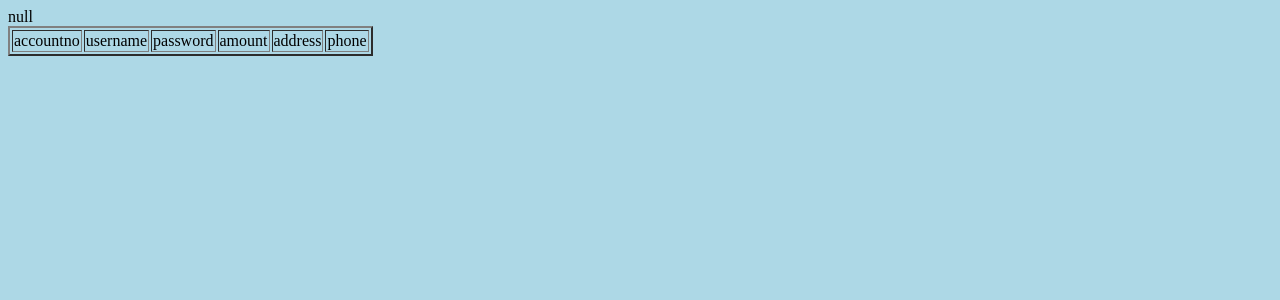
Repository: subhamsourabh265/collegeProjects
Page: http://localhost/OnlineBankingSystems/myupdate.jsp
An editor plug-in stored every save of this project. The page is shown before and after the next save, followed by the edit.
The browser window is 1280 px wide. The pictures show the whole page.
The page is served by Tomcat 9. Other server files are loaded and not shown. Queries for data that is not in the repository find no rows.

Above is the page before, as saved 2015-11-30 11:10:34.

### OnlineBankingSystems/WebContent/myupdate.jsp
<%@ page import="java.sql.*"%>
<%@include file="connect1.jsp" %>
<%String username="",password="",repassword="",address="";
int accountno ,amount,phone;
Statement pst=null;
%>
<table border="2">
<tr>
<td>accountno</td>
<td>username</td>
<td>password</td>
<td>amount</td>
<td>address</td>
<td>phone</td>
</tr>
<body style="background-color:lightblue ">
<%
try{
pst=conn.createStatement();
String a=request.getParameter("n1");
out.println(a);
ResultSet rs=pst.executeQuery("Select * from account where accountno="+a );
while(rs.next())
{
accountno=rs.getInt(1);
username=rs.getString(2);
password=rs.getString(3);
amount=rs.getInt(5);
address=rs.getString(6);
phone=rs.getInt(7);
%>
<tr><td><%=accountno%></td><br><br>
<td><%=username%></td><br><br>
<td><%=password%></td><br><br>
<td><%=amount%></td><br><br>
<td><%=address%></td><br><br>
<td><%=phone%></td><br><br>
</tr>
<%}%>
</table>
<%
rs.close();
conn.close();
}catch(Exception e){}
%>

 </p>
</form>
</html>

### OnlineBankingSystems/WebContent/connect1.jsp
<%@ page language="java" contentType="text/html; charset=ISO-8859-1"
    pageEncoding="ISO-8859-1"%>
<!DOCTYPE html PUBLIC "-//W3C//DTD HTML 4.01 Transitional//EN" "http://www.w3.org/TR/html4/loose.dtd">
<html>
<head>
<body>
<%@ page import="java.sql.*" %>
	<%! Connection conn=null;%>
	<%
	try{
		Class.forName("oracle.jdbc.driver.OracleDriver");
		conn = DriverManager.getConnection("jdbc:oracle:thin:@localhost:1521:XE","system","sourabh");
		System.out.println("driver  found");
	}
	catch(Exception e) {
System.out.println("driver not found");
}
	%>
</body>
</html>

After the next save:
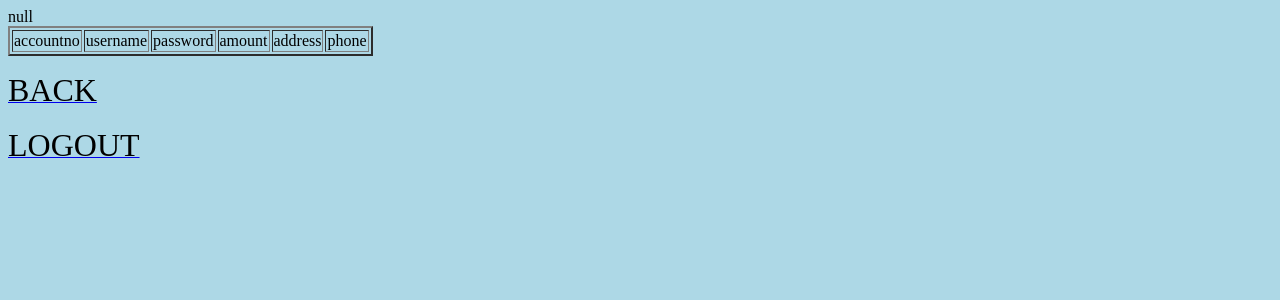
Saved 13 min 26 s later.
--- a/OnlineBankingSystems/WebContent/myupdate.jsp
+++ b/OnlineBankingSystems/WebContent/myupdate.jsp
@@ -45,5 +45,9 @@
 %>
 
  </p>
+ <a href = "view1.jsp"><font color = black size = 6>BACK</a></font>
+ <br><br>
+ <a href = "mylogin.html"><font color = black size = 6>LOGOUT</a></font>
+
 </form>
 </html>
